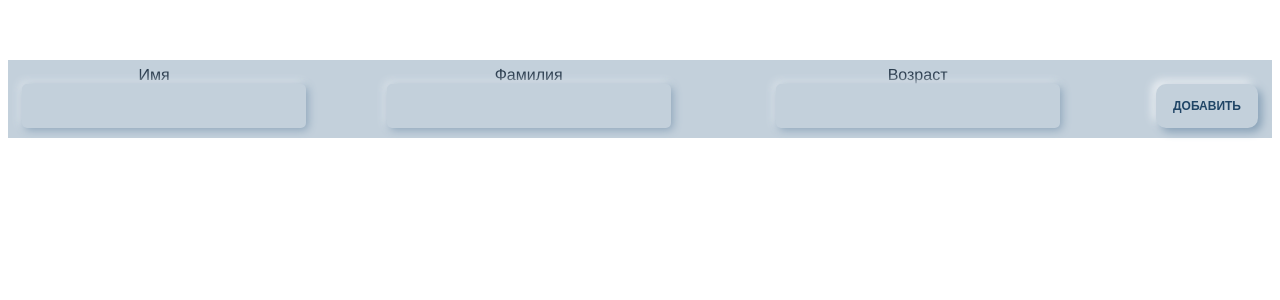
Repository: shum89/test-vue-table
Page: /
These files come from the project's save history. The page is drawn as it stood at one moment and after the next save; the edit follows.
The browser window is 1280 px wide. The pictures show the whole page.
The project was rebuilt for these pictures with package versions that can differ from the ones it lists, and the page was loaded fresh each time. Also part of the build but not shown: vue.config.js.

Above is the page before, as saved 2021-07-18 16:28:15.

After the next save:
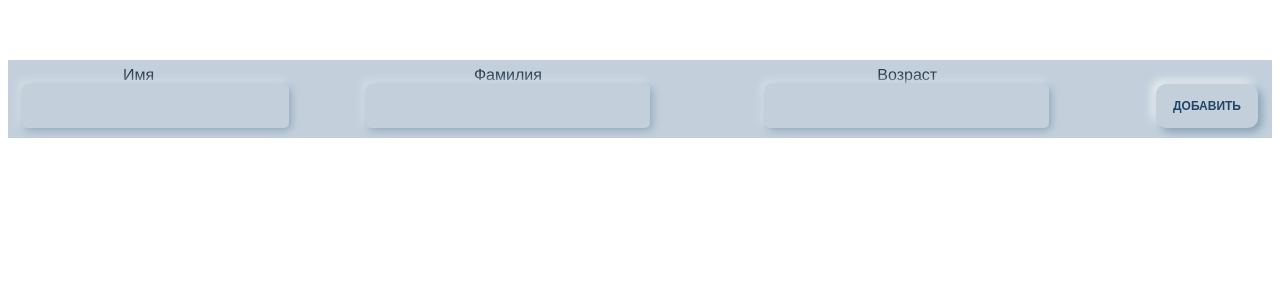
Saved 28 s later.
--- a/src/components/Form.vue
+++ b/src/components/Form.vue
@@ -47,6 +47,10 @@ export default {
 .form {
   display: flex;
   width: 100%;
+}
+.form__label {
+  display: flex;
+  flex-direction: column;
 }
 .form__input {
   border: none;
